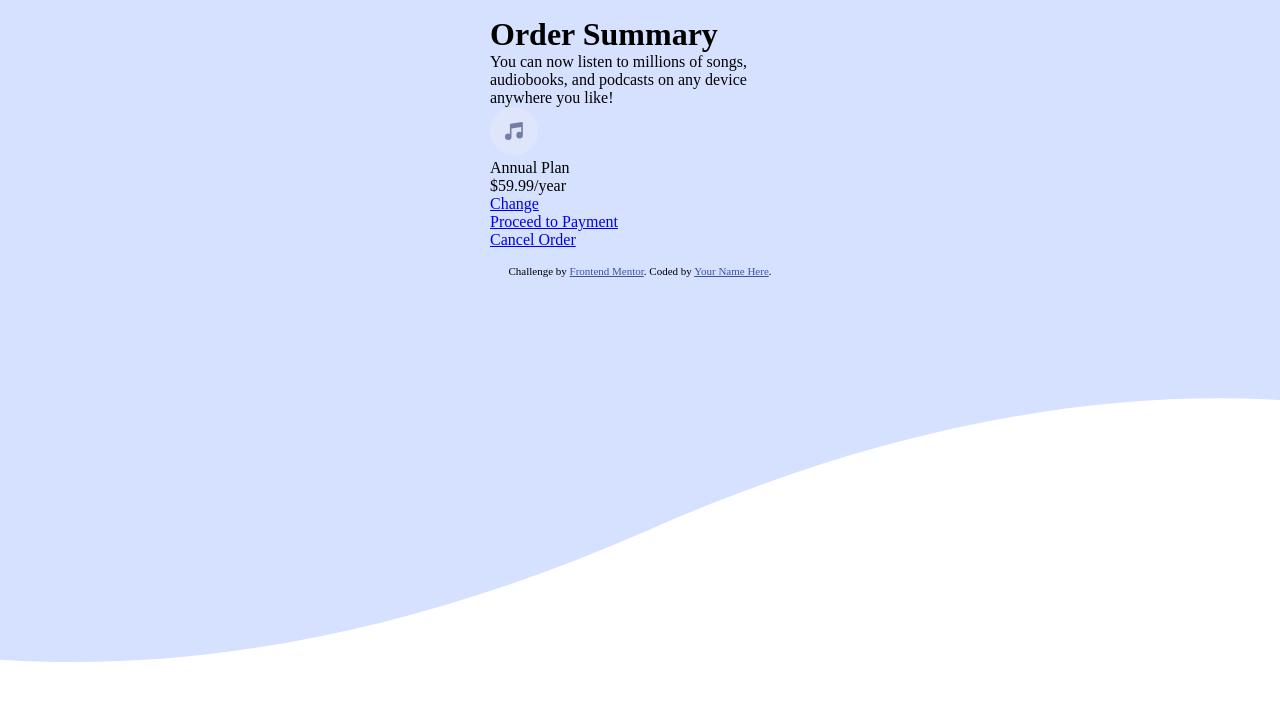
Repository: DejV44/order-summary-frontend
Page: index.html
The author's editor kept a copy of each file at every save. The page is drawn from the files as they stood at one save, then again after the next save.
The browser window is 1280 px wide. The pictures show the whole page.
The style sheet was rebuilt from its Sass, Less or Tailwind sources for each picture, by a compiler version that may differ from the author's.

Above is the page before, as saved 2021-08-11 21:54:02.

### index.html
<!DOCTYPE html>
<html lang="en">
<head>
  <meta charset="UTF-8">
  <meta name="viewport" content="width=device-width, initial-scale=1.0">
  <link rel="stylesheet" href="css/style.css">

  <link rel="icon" type="image/png" sizes="32x32" href="./images/favicon-32x32.png">

  <title>Frontend Mentor | Order summary card</title>

</head>
<body>
  <div class="container">
    <div class="backgr"></div>
    <div class="content">
      <h1>Order Summary</h1>
      <p>You can now listen to millions of songs, audiobooks, and podcasts on any
  device anywhere you like!</p>
    </div>
    <div class="price_container">
      <div class="annual">
        <img src="/images/icon-music.svg" alt="music">
        <p>Annual Plan</p>
        <p>$59.99/year</p>
      </div>
      <a href="#">Change</a>
    </div>
    <div class="button">
      <a href="#">Proceed to Payment</a>
    </div>
    <div class="cancel_button">
      <a href="#">Cancel Order</a>
    </div>

  </div>

  <div class="attribution">
    Challenge by <a href="https://www.frontendmentor.io?ref=challenge" target="_blank">Frontend Mentor</a>.
    Coded by <a href="#">Your Name Here</a>.
  </div>
</body>
</html>

### css/style.scss
* {
    margin: 0;
    padding: 0;
}
@import url('https://fonts.googleapis.com/css2?family=Red+Hat+Display:wght@500;700;900&display=swap');
@import "variables";
@import "mixins";

body {
    @include backgroundMob;
}

.container {
    @include container;
}





.attribution { font-size: 11px; text-align: center; }
.attribution a { color: hsl(228, 45%, 44%); }

### css/_variables.scss
// ---COLORS--

$Paleblue: hsl(225, 100%, 94%);
$Brightblue: hsl(245, 75%, 52%);
$VeryPaleBlue: hsl(225, 100%, 98%);
$Desaturatedblue: hsl(224, 41%, 36%);
$DarkBlue: hsl(223, 47%, 23%);

### css/_mixins.scss
@mixin fonts {
    font-family: 'Red Hat Display', sans-serif;
}

@mixin backgroundMob {
    background: url(/images/pattern-background-mobile.svg);
    background-repeat: no-repeat;
    background-size: cover;
}

@mixin container {
    max-width: 300px;
    margin: 1em auto;
}

After the next save:
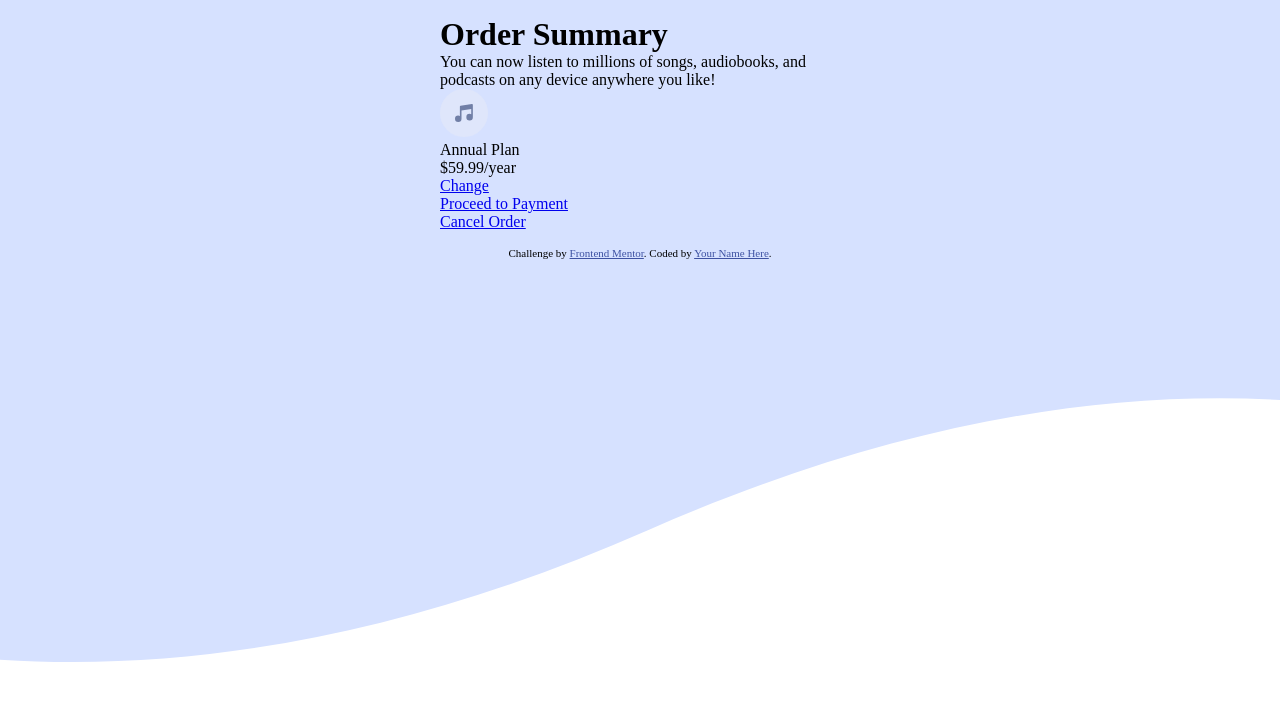
Saved 17 s later.
--- a/css/_mixins.scss
+++ b/css/_mixins.scss
@@ -9,6 +9,6 @@
 }
 
 @mixin container {
-    max-width: 300px;
+    max-width: 400px;
     margin: 1em auto;
 }
